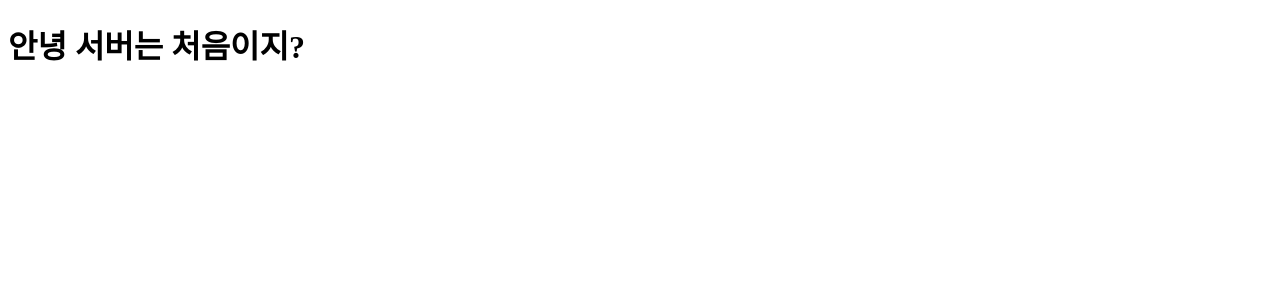
Repository: seunghee971015/Server_Work
Page: Servlet01/src/main/webapp/index.html
These files come from the project's save history. The page is drawn as it stood at one moment and after the next save; the edit follows.
The browser window is 1280 px wide. The pictures show the whole page.

Above is the page before, as saved 2023-10-11 00:29:00.

After the next save:
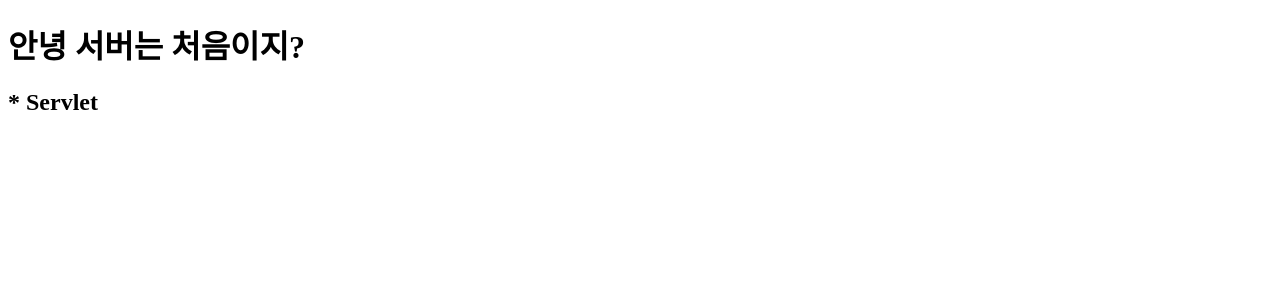
Saved 39 s later.
--- a/Servlet01/src/main/webapp/index.html
+++ b/Servlet01/src/main/webapp/index.html
@@ -7,6 +7,7 @@
 <body>
 	<h1>안녕 서버는 처음이지?<h1/>
 
-	<h2><h2>
+	<h2>* Servlet</h2>
+
 </body>
 </html>
